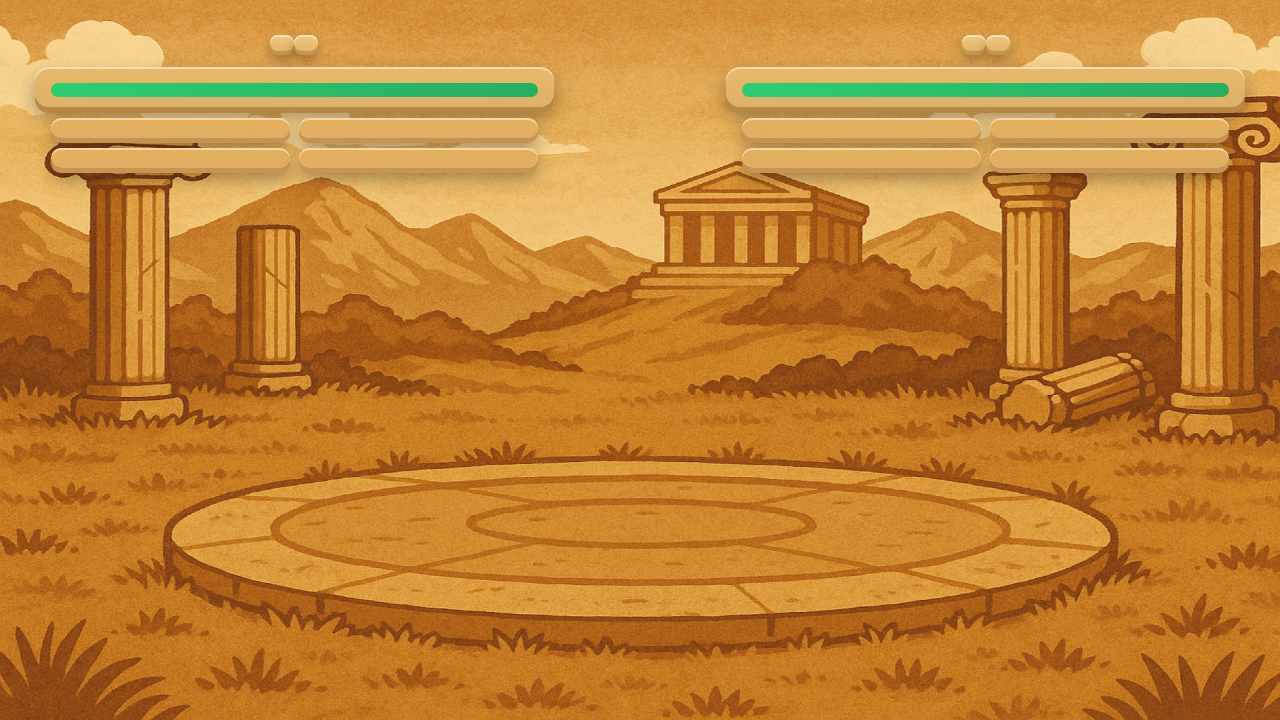
Repository: brianabariteau/Web-1-Final-Project-2025
Page: features/game/game.html
An editor plug-in stored every save of this project. The page is shown before and after the next save, followed by the edit.
The browser window is 1280 px wide. The pictures show the whole page.
Some web fonts or font styles are not loaded; a fallback is used.

Above is the page before, as saved 2025-12-23 18:51:19.

### features/game/game.html
<!DOCTYPE html>
<html lang="en">
  <head>
    <meta charset="UTF-8" />
    <meta name="viewport" content="width=device-width, initial-scale=1.0" />
    <title>MythoBattle Game</title>
    <link
      rel="icon"
      type="image/x-icon"
      href="../../assets/characters/zeus.png"
    />
    <script type="module" defer src="./game.js"></script>
    <link rel="stylesheet" href="./game.css" />
    <script
      src="https://code.jquery.com/jquery-3.7.1.min.js"
      integrity="sha256-/JqT3SQfawRcv/BIHPThkBvs0OEvtFFmqPF/lYI/Cxo="
      crossorigin="anonymous"
    ></script>
    <link
      href="https://fonts.googleapis.com/css2?family=Jersey+25&display=swap"
      rel="stylesheet"
    />
  </head>
  <body></body>
</html>

### features/game/game.js
"use strict";

import { CHARACTER_MOVES } from "../../constants/character-movesets.js";
let mode = localStorage.getItem("mode");
let player1Character = JSON.parse(localStorage.getItem("player1Character"));
let player2Character = JSON.parse(localStorage.getItem("player2Character"));

console.log(player1Character);
console.log(player2Character);

// * Functions
function updateGameDisplay() {
  if (!player1Character || !player2Character) return;

  // ? Player 1
  const player1 = player1Character.name;
  console.log(player1);

  player1Icon.attr("src", player1Character.imgSrc);

  player1NameText.text(player1);

  player1Move1.text(CHARACTER_MOVES[player1].move1name);
  player1Move2.text(CHARACTER_MOVES[player1].move2name);
  player1Move3.text(CHARACTER_MOVES[player1].move3name);
  player1Move4.text(CHARACTER_MOVES[player1].move4name);

  player1ability1.text(CHARACTER_MOVES[player1].ability1name);
  player1ability2.text(CHARACTER_MOVES[player1].ability2name);

  // ? Player 2
  const player2 = player2Character.name;

  player2Icon.attr("src", player2Character.imgSrc);

  player2NameText.text(player2);

  player2Move1.text(CHARACTER_MOVES[player2].move1name);
  player2Move2.text(CHARACTER_MOVES[player2].move2name);
  player2Move3.text(CHARACTER_MOVES[player2].move3name);
  player2Move4.text(CHARACTER_MOVES[player2].move4name);

  player2ability1.text(CHARACTER_MOVES[player2].ability1name);
  player2ability2.text(CHARACTER_MOVES[player2].ability2name);
}

async function loadCharacters() {
  updateGameDisplay();
}

// * The Background Image
const background = $("<img>")
  .addClass("background")
  .attr("src", "./assets/battle-background.png")
  .attr("alt", "Background");

// * Player 1
// ? Character Icon
const player1Icon = $("<img>").addClass("player1-icon");

// ! Battle Buttons + Progress
const player1battle = $("<div>").addClass("player1-battle");

// ? Name + Healthbar
const player1Name = $("<div>").addClass("player1-name");
const player1NameText = $("<div>").addClass("player1-name-text");
const player1Health = $("<div>").addClass("player1-health");

$(player1Name).append(player1NameText, player1Health);

// ? Movesets
const player1Moves = $("<div>").addClass("player1-moves");
const player1Move1 = $("<button>").addClass("moves");
const player1Move2 = $("<button>").addClass("moves");
const player1Move3 = $("<button>").addClass("moves");
const player1Move4 = $("<button>").addClass("moves");

$(player1Moves).append(player1Move1, player1Move2, player1Move3, player1Move4);

// ? Abilities
const player1Abilities = $("<div>").addClass("player1-abilities");
const player1ability1 = $("<button>").addClass("player1-ability1");
const player1ability2 = $("<button>").addClass("player1-ability2");
$(player1Abilities).append(player1ability1, player1ability2);

$(player1battle).append(player1Abilities, player1Name, player1Moves);

// * Player 2
// ? Character Icon
const player2Icon = $("<img>").addClass("player-2-icon");

// ! Battle Buttons + Progress
const player2battle = $("<div>").addClass("player2-battle");

// ? Name + Healthbar
const player2Name = $("<div>").addClass("player2-name");
const player2NameText = $("<div>").addClass("player2-name-text");
const player2Health = $("<div>").addClass("player2-health");

$(player2Name).append(player2NameText, player2Health);

// ? Movesets
const player2Moves = $("<div>").addClass("player1-moves");
const player2Move1 = $("<button>").addClass("moves");
const player2Move2 = $("<button>").addClass("moves");
const player2Move3 = $("<button>").addClass("moves");
const player2Move4 = $("<button>").addClass("moves");

$(player2Moves).append(player2Move1, player2Move2, player2Move3, player2Move4);

// ? Abilities
const player2Abilities = $("<div>").addClass("player2-abilities");
const player2ability1 = $("<button>").addClass("player2-ability1");
const player2ability2 = $("<button>").addClass("player2-ability2");
$(player2Abilities).append(player2ability1, player2ability2);

$(player2battle).append(player2Abilities, player2Name, player2Moves);

$("body").append(
  background,
  player1Icon,
  player2Icon,
  player1battle,
  player2battle
);

loadCharacters();

### features/game/game.css
/* ───────────── BASE ───────────── */

body {
  margin: 0;
  width: 100vw;
  height: 100vh;
  overflow: hidden;

  font-family: "Jersey 25", sans-serif;

  display: grid;
  grid-template-columns: 1fr 1fr;
  grid-template-rows: auto 1fr auto;
  align-items: center;
  justify-items: center;
}

/* ───────────── BACKGROUND ───────────── */

.background {
  position: fixed;
  inset: 0;
  width: 100%;
  height: 100%;
  z-index: -1;
}

/* ───────────── PLAYER SPRITES ───────────── */

.player1-icon,
.player-2-icon {
  position: absolute;
  bottom: 18%;
  width: 120px;
  image-rendering: pixelated;
}

.player1-icon {
  left: 20%;
}

.player-2-icon {
  right: 20%;
}

/* ───────────── BATTLE PANELS ───────────── */

.player1-battle,
.player2-battle {
  position: absolute;
  top: 4%;
  width: 38%;

  display: grid;
  grid-template-rows: auto auto auto;
  row-gap: 0.7rem;

  align-items: center;
}

.player1-battle {
  left: 4%;
}

.player2-battle {
  right: 4%;
}

/* ───────────── NAME + HEALTH ───────────── */

.player1-name,
.player2-name {
  background: linear-gradient(to bottom, #e8b96b, #ddb16a);
  border-radius: 14px;
  padding: 10px 16px;

  grid-row: 2;
  justify-self: center;
  width: 100%;

  box-shadow: inset 0 2px 0 rgba(255, 255, 255, 0.5), 0 6px 0 #b88945,
    0 10px 20px rgba(0, 0, 0, 0.35);

  color: #6b3f18;
  text-shadow: 1px 1px #f3d8a8;

  font-size: 1.6rem;
  letter-spacing: 2px;
}

/* Health bar container */
.player1-health,
.player2-health {
  margin-top: 6px;
  height: 14px;
  border-radius: 10px;
  background: #4b2d12;
  overflow: hidden;
}

.player1-name-text,
.player2-name-text {
  display: flex;
  justify-content: center;
  padding: 10 10 10 10;
}

/* Actual HP fill */
.player1-health::after,
.player2-health::after {
  content: "";
  display: block;
  height: 100%;
  width: 100%; /* change dynamically in JS later */
  background: linear-gradient(to right, #2ecc71, #27ae60);
}

/* ───────────── MOVES GRID ───────────── */

.player1-moves,
.player2-moves {
  display: grid;
  grid-template-columns: 1fr 1fr;
  gap: 0.6rem;

  grid-row: 3;
  width: 100%;
}

/* Ability buttons */
.moves {
  background: linear-gradient(to bottom, #e7b058, #dead68);
  border: none;
  border-radius: 14px;

  font-family: "Jersey 25", sans-serif;
  padding: 10px 14px;
  font-size: 1.2rem;
  letter-spacing: 1px;
  color: #6b3f18;
  text-shadow: 1px 1px #f3d8a8;

  cursor: pointer;

  box-shadow: inset 0 2px 0 rgba(255, 255, 255, 0.5), 0 5px 0 #c89451,
    0 10px 18px rgba(0, 0, 0, 0.35);

  transition: transform 0.12s ease, box-shadow 0.12s ease;
}

.moves:hover {
  filter: brightness(1.05);
  box-shadow: inset 0 2px 0 rgba(255, 255, 255, 0.6), 0 5px 0 #c89451,
    0 0 12px rgba(255, 210, 130, 0.7);
}

.moves:active {
  transform: translateY(4px);
  box-shadow: inset 0 2px 0 rgba(255, 255, 255, 0.4), 0 2px 0 #c89451;
}

/* ───────────── ABILITY BUTTONS ───────────── */

.player1-abilities button,
.player2-abilities button {
  flex: 1;

  background: linear-gradient(to bottom, #f2c980, #e3b567);
  border: none;
  border-radius: 14px;

  padding: 8px 12px;

  font-family: "Jersey 25", sans-serif;
  font-size: 1.05rem;
  letter-spacing: 1px;

  color: #6b3f18;
  text-shadow: 1px 1px #f3d8a8;

  cursor: default; /* abilities usually passive */
  white-space: nowrap;

  box-shadow: inset 0 2px 0 rgba(255, 255, 255, 0.5), 0 4px 0 #c89451,
    0 8px 14px rgba(0, 0, 0, 0.35);

  transition: filter 0.15s ease, transform 0.15s ease;
}

/* Optional: subtle emphasis */
.player1-abilities button:hover,
.player2-abilities button:hover {
  filter: brightness(1.05);
}

/* Optional: disabled/passive look */
.player1-abilities button:disabled,
.player2-abilities button:disabled {
  opacity: 0.85;
}

.player1-abilities,
.player2-abilities {
  margin-bottom: 0.3rem;
  grid-row: 1;
  justify-self: center;
  justify-items: center;
}

.ability-active {
  box-shadow: inset 0 2px 0 rgba(255, 255, 255, 0.6),
    0 0 14px rgba(255, 215, 120, 0.9);
}

/* ───────────── MOBILE ADJUSTMENTS ───────────── */

@media (max-width: 900px) {
  .player1-battle,
  .player2-battle {
    width: 90%;
    left: 5%;
    right: 5%;
  }

  .player1-icon,
  .player-2-icon {
    width: 90px;
    bottom: 10%;
  }

  .player1-icon {
    left: 10%;
  }

  .player-2-icon {
    right: 10%;
  }
}

### constants/character-movesets.js
import { CUSTOM_STATS } from "./characters.js";

export const CHARACTER_MOVES = {
  Zeus: {
    move1name: "Thunderbolt Wrath",
    move2name: "Skybreaker Slam",
    move3name: "Stormcaller Command",
    move4name: "God of Thunder",
    move1effects() {},
    move2effects() {},
    move3effects() {},
    move4effects() {},
    ability1name: "Sky/Lightning",
    ability2name: "King's Wrath",
    ability1effect() {},
    ability2effect() {},
  },
};

### constants/characters.js
export const SPECIFIC_CHARACTERS = [
  "Zeus",
  "Athena",
  "Hestia",
  "Apollo",
  "Artemis",
  "Poseidon",
  "Hades",
  "Demeter",
  "Aphrodite",
  "Hera",
  "Dionysus",
  "Ares",
  "Hephaestus",
  "Persephone",
  "Hermes",
  "Nyx",
  "Hypnos",
  "Thanatos",
  "Morpheus",
  "Asclepius",
];

export const CUSTOM_SPRITES = {
  Zeus: "../../assets/characters/zeus.png",
  Athena: "../../assets/characters/athena.png",
  Hestia: "../../assets/characters/hestia.png",
  Apollo: "../../assets/characters/apollo.png",
  Artemis: "../../assets/characters/artemis.png",
  Poseidon: "../../assets/characters/poseidon.png",
  Hades: "../../assets/characters/hades.png",
  Demeter: "../../assets/characters/demeter.png",
  Aphrodite: "../../assets/characters/aphrodite.png",
  Hera: "../../assets/characters/hera.png",
  Dionysus: "../../assets/characters/dionysus.png",
  Ares: "../../assets/characters/ares.png",
  Hephaestus: "../../assets/characters/hephaestus.png",
  Persephone: "../../assets/characters/persephone.png",
  Hermes: "../../assets/characters/hermes.png",
  Nyx: "../../assets/characters/nyx.png",
  Hypnos: "../../assets/characters/hypnos.png",
  Thanatos: "../../assets/characters/thanatos.png",
  Morpheus: "../../assets/characters/morpheus.png",
  Asclepius: "../../assets/characters/asclepius.png",
};

export const CUSTOM_STATS = {
  Zeus: {
    tier: "Tier 1",
    tierName: "The Big Three",
    hp: 150,
    attack: 110,
    defense: 95,
    speed: 120,
    power: 150,
    resilience: 100,
    stamina: 110,
    domainMastery: "Sky/Lightning",
    masteryDesc: "+25% electric damage",
    specialTrait: "King's Wrath",
    traitDesc: "10% chance to smite enemy for bonus true damage",
  },
  Athena: {
    tier: "Tier 3",
    tierName: "Middle Olympians",
    hp: 140,
    attack: 100,
    defense: 120,
    speed: 105,
    power: 115,
    resilience: 130,
    stamina: 110,
    domainMastery: "Wisdom/Strategy",
    masteryDesc: "Team defense +10%",
    specialTrait: "Perfect Counter",
    traitDesc: "30% chance to auto-block melee attacks",
  },
  Hestia: {
    tier: "Tier 2",
    tierName: "Elder Olympians",
    hp: 140,
    attack: 80,
    defense: 120,
    speed: 85,
    power: 110,
    resilience: 130,
    stamina: 150,
    domainMastery: "Hearth Fire",
    masteryDesc: "Healing + burn damage boosts",
    specialTrait: "Warmth of Home",
    traitDesc: "Grants minor healing each turn to allies",
  },
  Apollo: {
    tier: "Tier 3",
    tierName: "Middle Olympians",
    hp: 130,
    attack: 95,
    defense: 80,
    speed: 125,
    power: 140,
    resilience: 90,
    stamina: 110,
    domainMastery: "Light/Music",
    masteryDesc: "+20% light damage",
    specialTrait: "Prophetic Strike",
    traitDesc: "First attack always crits",
  },
  Artemis: {
    tier: "Tier 3",
    tierName: "Middle Olympians",
    hp: 120,
    attack: 110,
    defense: 85,
    speed: 135,
    power: 105,
    resilience: 95,
    stamina: 115,
    domainMastery: "Moon/Hunt",
    masteryDesc: "+25% crit chance on moving targets",
    specialTrait: "Hunter's Mark",
    traitDesc: "First hit on any enemy does bonus damage",
  },
  Poseidon: {
    tier: "Tier 1",
    tierName: "The Big Three",
    hp: 160,
    attack: 115,
    defense: 110,
    speed: 100,
    power: 140,
    resilience: 120,
    stamina: 115,
    domainMastery: "Sea",
    masteryDesc: "+20% water damage, +30% damage when fighting near water",
    specialTrait: "Tidal Fury",
    traitDesc: "Consecutive attacks increase in damage",
  },
  Hades: {
    tier: "Tier 1",
    tierName: "The Big Three",
    hp: 170,
    attack: 95,
    defense: 140,
    speed: 80,
    power: 130,
    resilience: 150,
    stamina: 90,
    domainMastery: "Underworld",
    masteryDesc: "+30% damage vs undead/fear/sleep",
    specialTrait: "Soul Drain",
    traitDesc: "Steals HP on hit (5% of damage dealt)",
  },
  Demeter: {
    tier: "Tier 2",
    tierName: "Elder Olympians",
    hp: 145,
    attack: 85,
    defense: 115,
    speed: 80,
    power: 125,
    resilience: 110,
    stamina: 130,
    domainMastery: "Harvest",
    masteryDesc: "+20% regeneration, +25% poison resistance",
    specialTrait: "Fallow Curse",
    traitDesc: "Can reduce enemy Attack temporarily",
  },
  Aphrodite: {
    tier: "Tier 4",
    tierName: "Younger Olympians",
    hp: 120,
    attack: 70,
    defense: 80,
    speed: 110,
    power: 115,
    resilience: 85,
    stamina: 100,
    domainMastery: "Charm",
    masteryDesc: "25% chance enemies skip turn",
    specialTrait: "Irresistible Aura",
    traitDesc: "First strike against her does half damage",
  },
  Hera: {
    tier: "Tier 2",
    tierName: "Elder Olympians",
    hp: 150,
    attack: 90,
    defense: 120,
    speed: 90,
    power: 125,
    resilience: 120,
    stamina: 120,
    domainMastery: "Queenship",
    masteryDesc: "Team buffs stronger by 20%",
    specialTrait: "Divine Authority",
    traitDesc: "Immune to charm and can reflect debuffs",
  },
  Dionysus: {
    tier: "Tier 4",
    tierName: "Younger Olympians",
    hp: 130,
    attack: 85,
    defense: 85,
    speed: 95,
    power: 120,
    resilience: 90,
    stamina: 130,
    domainMastery: "Madness",
    masteryDesc: "Debuffs 20% stronger",
    specialTrait: "Ecstatic Frenzy",
    traitDesc: "Random buffs each turn",
  },
  Ares: {
    tier: "Tier 3",
    tierName: "Middle Olympians",
    hp: 150,
    attack: 145,
    defense: 100,
    speed: 110,
    power: 95,
    resilience: 100,
    stamina: 120,
    domainMastery: "War",
    masteryDesc: "+15% damage per hit taken",
    specialTrait: "Bloodlust",
    traitDesc: "Attack increases each time he deals damage",
  },
  Hephaestus: {
    tier: "Tier 4",
    tierName: "Younger Olympians",
    hp: 140,
    attack: 130,
    defense: 135,
    speed: 65,
    power: 115,
    resilience: 110,
    stamina: 100,
    domainMastery: "Forge",
    masteryDesc: "+20% damage with crafted weapons",
    specialTrait: "Molten Skin",
    traitDesc: "Reduces fire damage to 0",
  },
  Persephone: {
    tier: "Tier 5",
    tierName: "Minor Gods",
    hp: 125,
    attack: 75,
    defense: 90,
    speed: 95,
    power: 110,
    resilience: 100,
    stamina: 120,
    domainMastery: "Spring/Underworld",
    masteryDesc: "Alternating form bonuses",
    specialTrait: "Dual Aspect",
    traitDesc: "Stats change each season (Spring boost/Underworld boost)",
  },
  Hermes: {
    tier: "Tier 4",
    tierName: "Younger Olympians",
    hp: 115,
    attack: 90,
    defense: 75,
    speed: 160,
    power: 100,
    resilience: 80,
    stamina: 140,
    domainMastery: "Speed/Trickery",
    masteryDesc: "+20% dodge",
    specialTrait: "Swift Step",
    traitDesc: "Gains an extra small action each turn",
  },
  Nyx: {
    tier: "Tier 0",
    tierName: "Primordial",
    hp: 170,
    attack: 100,
    defense: 120,
    speed: 110,
    power: 160,
    resilience: 140,
    stamina: 120,
    domainMastery: "Night/Void",
    masteryDesc: "+30% shadow damage, +20% evasion in darkness",
    specialTrait: "Primordial Aura",
    traitDesc: "Debuffs have double duration; immune to Sleep and Fear",
  },
  Hypnos: {
    tier: "Tier 5",
    tierName: "Minor Gods",
    hp: 110,
    attack: 60,
    defense: 75,
    speed: 70,
    power: 120,
    resilience: 95,
    stamina: 130,
    domainMastery: "Sleep",
    masteryDesc: "+30% chance to inflict sleep",
    specialTrait: "Dream Veil",
    traitDesc: "20% damage reduction from melee",
  },
  Thanatos: {
    tier: "Tier 5",
    tierName: "Minor Gods",
    hp: 115,
    attack: 90,
    defense: 85,
    speed: 120,
    power: 100,
    resilience: 110,
    stamina: 100,
    domainMastery: "Death",
    masteryDesc: "Kills low-HP enemies instantly",
    specialTrait: "Reaper's Touch",
    traitDesc: "Critical hits do double true damage",
  },
  Morpheus: {
    tier: "Tier 5",
    tierName: "Minor Gods",
    hp: 105,
    attack: 70,
    defense: 80,
    speed: 100,
    power: 125,
    resilience: 85,
    stamina: 110,
    domainMastery: "Dreams",
    masteryDesc: "Illusions reduce enemy accuracy",
    specialTrait: "Shifting Form",
    traitDesc: "15% chance to avoid attacks entirely",
  },
  Asclepius: {
    tier: "Tier 5",
    tierName: "Minor Gods",
    hp: 120,
    attack: 50,
    defense: 85,
    speed: 90,
    power: 135,
    resilience: 110,
    stamina: 150,
    domainMastery: "Healing",
    masteryDesc: "+30% healing power",
    specialTrait: "Miracle Touch",
    traitDesc: "Once per battle revive ally to 30% HP",
  },
};

After the next save:
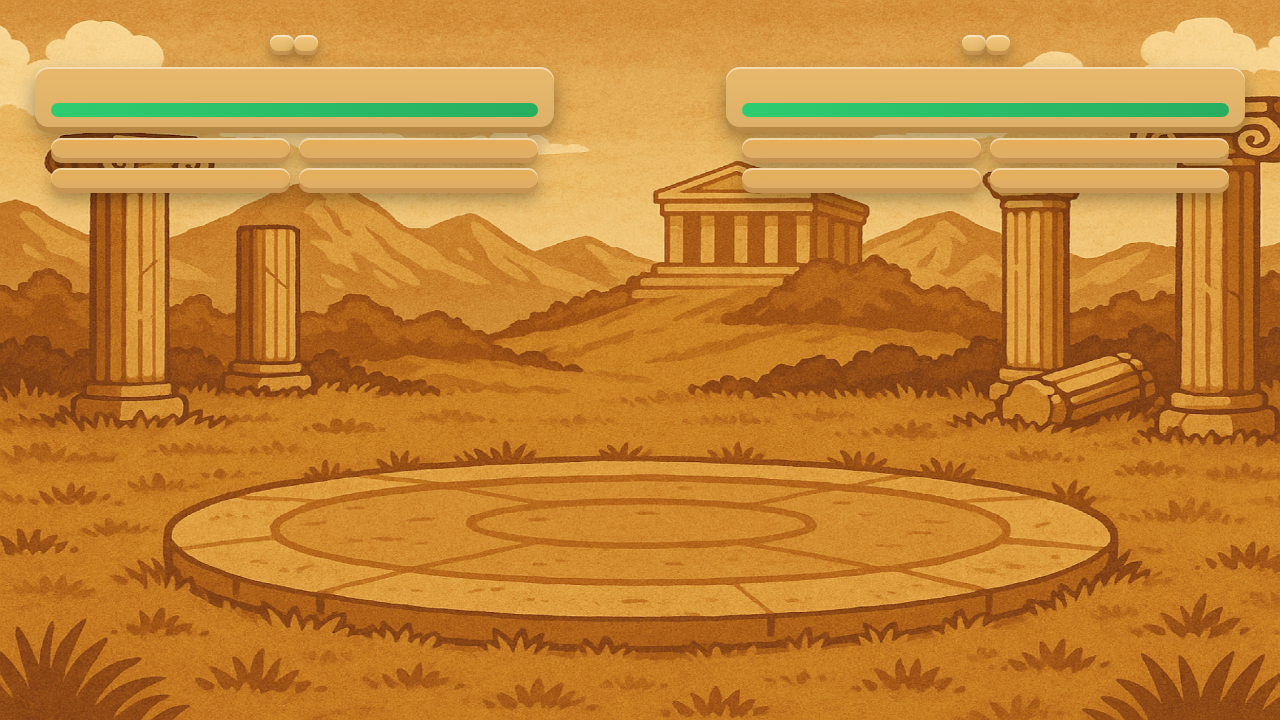
Saved 10 s later.
--- a/features/game/game.css
+++ b/features/game/game.css
@@ -102,7 +102,7 @@ body {
 .player2-name-text {
   display: flex;
   justify-content: center;
-  padding: 10 10 10 10;
+  padding: 10px 10px 10px 10px;
 }
 
 /* Actual HP fill */
